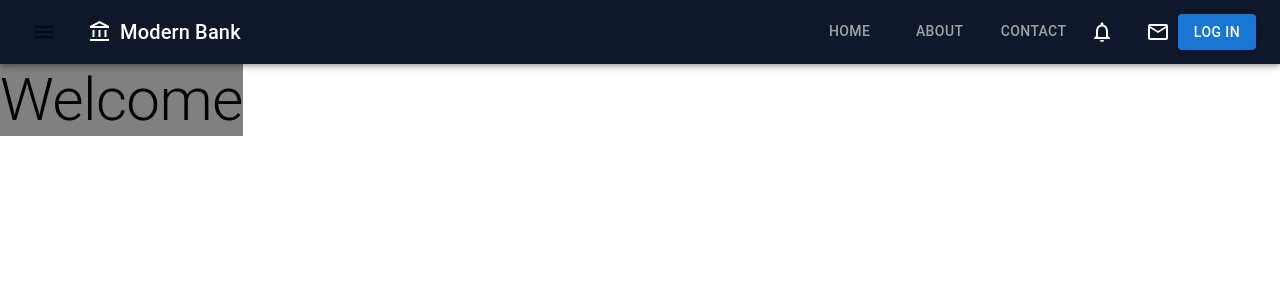
Repository: MohammadMazloum123/Moder-Bank-Full-Stack-Project
Page: / (app in Desktop/front-modernbank/front-modernbank/)
The author's editor kept a copy of each file at every save. The page is drawn from the files as they stood at one save, then again after the next save.
The browser window is 1280 px wide. The pictures show the whole page.
The project was rebuilt for these pictures with package versions that can differ from the ones it lists, and the page was loaded fresh each time.

Above is the page before, as saved 2024-11-15 17:35:53.

### Desktop/front-modernbank/front-modernbank/public/index.html
<!DOCTYPE html>
<html lang="en">
  <head>

    <meta charset="utf-8" />
    <link rel="icon" href="%PUBLIC_URL%/favicon.ico" />
    <meta name="viewport" content="width=device-width, initial-scale=1" />
    <meta name="theme-color" content="#000000" />
    <meta
      name="description"
      content="Web site created using create-react-app"
    />
    <link rel="apple-touch-icon" href="%PUBLIC_URL%/logo192.png" />

    <link rel="manifest" href="%PUBLIC_URL%/manifest.json" />

    <title>Modern Bank App</title>
    <style>
      body{
        margin: 0;
        padding: 0;
        box-sizing: border-box;
      }
    </style>
  </head>
  <body>
    <noscript>You need to enable JavaScript to run this app.</noscript>
    <div id="root"></div>
  </body>
</html>

### Desktop/front-modernbank/front-modernbank/src/App.js
import React from "react";
import { Box, Stack } from "@mui/material";
import HomePage from "./components/HomePage";
import NavBar from "./components/NavBar";

function App() {
  return (
    <Box>
      <NavBar/>
      <Stack direction="row" spacing={2} justifyContent="space-between">
        <HomePage/>
      </Stack>
    </Box>
  );
}

export default App;

### Desktop/front-modernbank/front-modernbank/src/components/HomePage.jsx
import { Box, Typography } from '@mui/material'
import React from 'react'

const HomePage = () => {
return (
    <Box sx={{bgcolor:"gray"}}>
        <Typography variant='h2'>
            Welcome
        </Typography>
    </Box>
)
}

export default HomePage

### Desktop/front-modernbank/front-modernbank/src/components/NavBar.jsx
import { AppBar, Toolbar, Typography, Tabs, Tab, Button, Box } from '@mui/material'
import React, { useState } from 'react'
import DrawerComp from '../DrawerComp';
import NotificationsNoneOutlinedIcon from '@mui/icons-material/NotificationsNoneOutlined';
import EmailOutlinedIcon from '@mui/icons-material/EmailOutlined';
import { AccountBalanceOutlined } from '@mui/icons-material';

const NavBar = () => {
    const [value, setvalue] = useState();
return (
    <AppBar position='sticky' sx={{bgcolor:"#0f172a"}}>
        <Toolbar>

                <DrawerComp/>
                <Box display="flex" alignItems="center" flex={3} ml={3}>
                    <AccountBalanceOutlined fontSize='medium' sx={{ color: "white", mr: 1 }} />
                        <Typography variant='h6' color='inherit'>
                            Modern Bank
                        </Typography>
                </Box>
            <Box display="flex" flex={0.7} justifyContent="center">
                <Tabs
                textColor='inherit'
                indicatorColor='secondary'
                value={value}
                onChange={(e, value) => setvalue(value)}
                >
                        <Tab label="Home"/>
                        <Tab label="About"/>
                        <Tab label="Contact"/>
                </Tabs>
            </Box>
            <Box display="flex" flex={0.4} alignItems="center" justifyContent="center">
                <NotificationsNoneOutlinedIcon sx={{mr:4}}/>
                <EmailOutlinedIcon/>
            </Box>
            <Box display="flex" justifyContent="flex-end">
                <Button sx={{marginLeft:'auto'}} variant='contained'>Log In</Button>
            </Box>
        </Toolbar>
    </AppBar>
)
}

export default NavBar

### Desktop/front-modernbank/front-modernbank/src/DrawerComp.jsx
import React, {useState} from 'react'
import MenuIcon from '@mui/icons-material/Menu';
import {
    Drawer,
    IconButton,
    List,
    ListItemButton,
    ListItemIcon,
    ListItemText,
    Typography,
    Collapse,
    Divider,
    Box,
    Switch
    } from '@mui/material';

import {
    ExpandLess,
    ExpandMore,
    AddOutlined,
    SavingsOutlined,
    HistoryOutlined,
    CreditCardOutlined,
    TrendingUpOutlined,
    AccountBalanceOutlined,
    PercentOutlined,
    AttachMoneyOutlined,
    ShowChartOutlined,
    LogoutOutlined,
} from "@mui/icons-material";


const DrawerComp = () => {
    const [OpenDrawer, setOpenDrawer] = useState(false);
      // Dropdown states
        const [transactionsOpen, setTransactionsOpen] = useState(false);
        const [savingsOpen, setSavingsOpen] = useState(false);
        const [expenseTracker, setExpenseTracker] = useState(false);


return (
    <>
        <Drawer
        open={OpenDrawer}
        onClose={() => setOpenDrawer(false)}
        sx={{padding: "16px"}}
        >
        <Typography
            variant="h6"
            sx={{
            padding: 2,
            textAlign: "center",
            bgcolor: "#0f172a",
            color: "white",
        }}
        >
            Modern Bank
        </Typography>
        <Divider/>

            <List sx={{p: 2 ,width:"340px"}}>
                {/* Account Transactions Dropdown */}
                <ListItemButton onClick={() => setTransactionsOpen(!transactionsOpen)}>
                    <ListItemIcon>
                        <CreditCardOutlined/>
                    </ListItemIcon>
                    <ListItemText primary="Transactions"/>
                    {transactionsOpen ? <ExpandLess/> : <ExpandMore/>}
                </ListItemButton>
                <Collapse in={transactionsOpen} timeout="auto" unmountOnExit>
                    <List component="div" disablePadding sx={{pl : 2}}>
                        <ListItemButton>
                            <ListItemIcon>
                                <AddOutlined fontSize='small'/>
                            </ListItemIcon>
                        <ListItemText primary="New Transactions"/>
                        </ListItemButton>
                        <ListItemButton>
                            <ListItemIcon>
                                <HistoryOutlined fontSize='small'/>
                            </ListItemIcon>
                        <ListItemText primary="Transactions History"/>
                        </ListItemButton>
                    </List>
                </Collapse>
                <Divider/>
                {/* Savings Dropdown */}
                <ListItemButton onClick={() => setSavingsOpen(!savingsOpen)}>
                    <ListItemIcon>
                        <SavingsOutlined fontSize='small'/>
                    </ListItemIcon>
                    <ListItemText primary="Savings"/>
                    {savingsOpen ? <ExpandLess/> : <ExpandMore/>}
                </ListItemButton>
                <Collapse in={savingsOpen} timeout="auto" unmountOnExit>
                    <List component="div" disablePadding sx={{pl : 2}}>
                        <ListItemButton>
                            <ListItemIcon>
                                <AccountBalanceOutlined fontSize='small'/>
                            </ListItemIcon>
                            <ListItemText primary="Savings Account"/>
                        </ListItemButton>
                        <ListItemButton>
                            <ListItemIcon>
                                <TrendingUpOutlined fontSize='small'/>
                            </ListItemIcon>
                            <ListItemText primary="Savings Goals"/>
                        </ListItemButton>
                        <ListItemButton>
                            <ListItemIcon>
                                <PercentOutlined fontSize='small'/>
                            </ListItemIcon>
                            <ListItemText primary="Interest Rate"/>
                        </ListItemButton>
                    </List>
                </Collapse>
                <Divider/>
            <ListItemButton onClick={() => setExpenseTracker(!expenseTracker)}>
                <ListItemIcon>
                    <AttachMoneyOutlined fontSize='small'/>
                </ListItemIcon>
                    <ListItemText primary="Expense Tracker" />
                    {transactionsOpen ? <ExpandLess/> : <ExpandMore/>}
            </ListItemButton>
            <Collapse in={expenseTracker} timeout="auto" unmountOnExit>
                <List component="div" disablePadding sx={{pl : 2}}>
                    <ListItemButton>
                        <ListItemIcon>
                            <ShowChartOutlined fontSize='small'/>
                        </ListItemIcon>
                        <ListItemText primary="Track Expenses"/>
                    </ListItemButton>
                </List>
            </Collapse>
              {/* Dark Mode Switch */}
        <Box display="flex" alignItems="center" mt={2}>
            <Typography variant="body1" sx={{ flexGrow: 1 }}>
                Dark Mode
            </Typography>
            <Switch
                inputProps={{ 'aria-label': 'Dark Mode Switch' }}
            />

            <ListItemButton>
                        <ListItemText primary="Log Out"/>
                        <ListItemIcon>
                            <LogoutOutlined/>
                        </ListItemIcon>
                    </ListItemButton>
        </Box>
            </List>
        </Drawer>
        {/* Drawer Toggle Button */}
        <IconButton onClick={() => setOpenDrawer(!OpenDrawer)}>
            <MenuIcon/>
        </IconButton>
    </>
)
}

export default DrawerComp

Loaded but not shown: Desktop/front-modernbank/front-modernbank/src/index.js (common file); Desktop/front-modernbank/front-modernbank/src/reportWebVitals.js (common file)

After the next save:
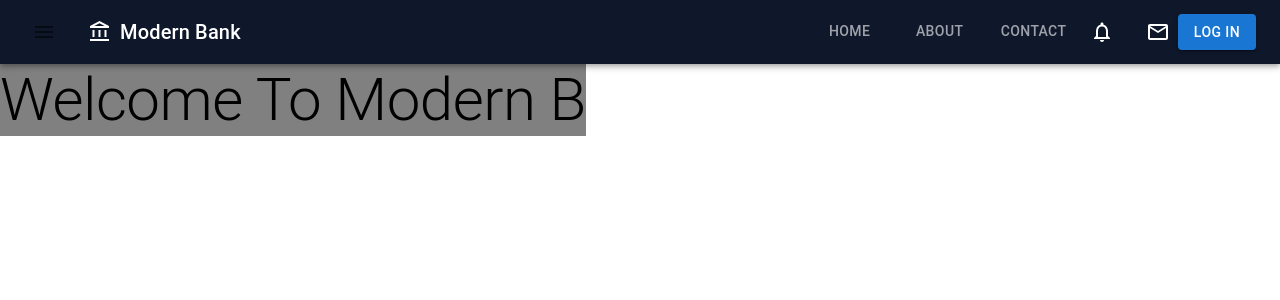
Saved 6 s later.
--- a/Desktop/front-modernbank/front-modernbank/src/components/HomePage.jsx
+++ b/Desktop/front-modernbank/front-modernbank/src/components/HomePage.jsx
@@ -5,7 +5,7 @@ const HomePage = () => {
 return (
     <Box sx={{bgcolor:"gray"}}>
         <Typography variant='h2'>
-            Welcome
+            Welcome To Modern B
         </Typography>
     </Box>
 )
